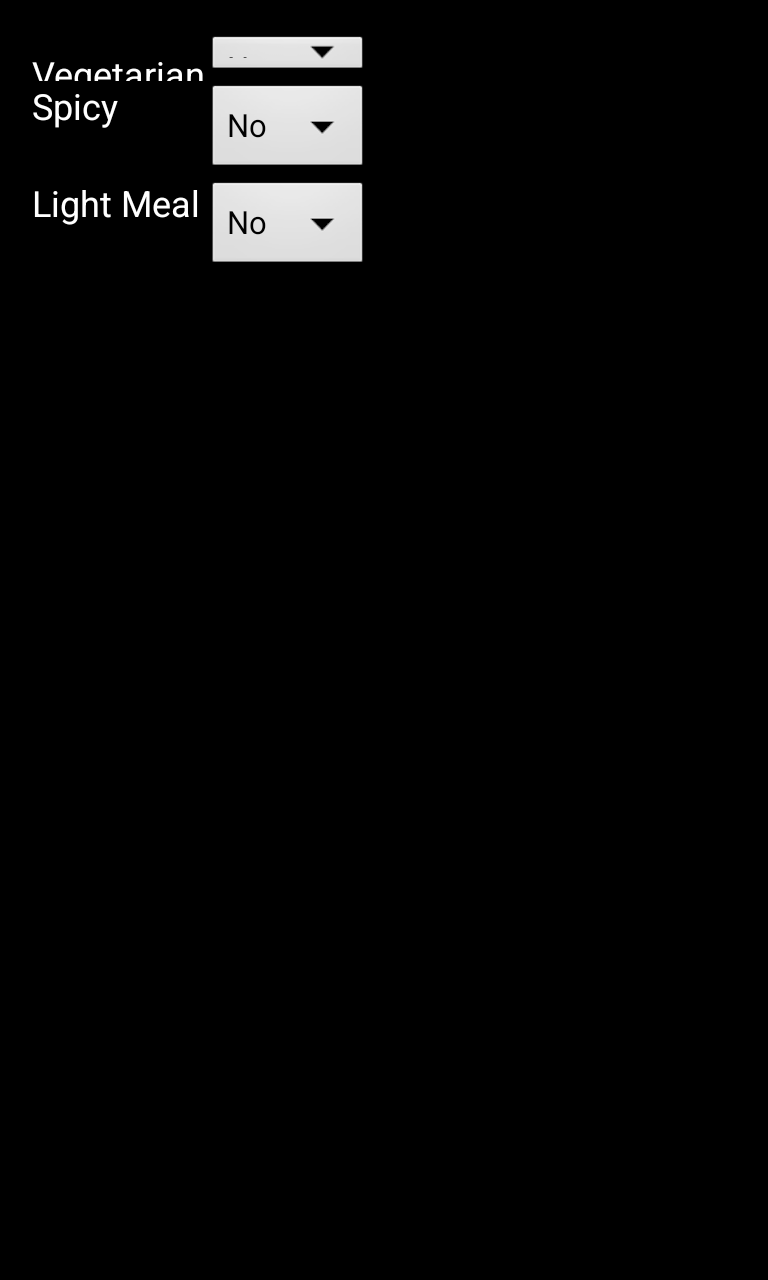
Repository: imhossu/FeedJulia
Layout: FeedJulia/res/layout/activity_survey.xml
The author's editor kept a copy of each file at every save. The layout is drawn from the files as they stood at one save, then again after the next save.
It is drawn on a 768 x 1280 px phone screen (xhdpi) without system bars, with theme android:Theme.NoTitleBar; the app's code is not run.

Above is the layout before, as saved 2014-01-26 02:18:56.

After the next save:
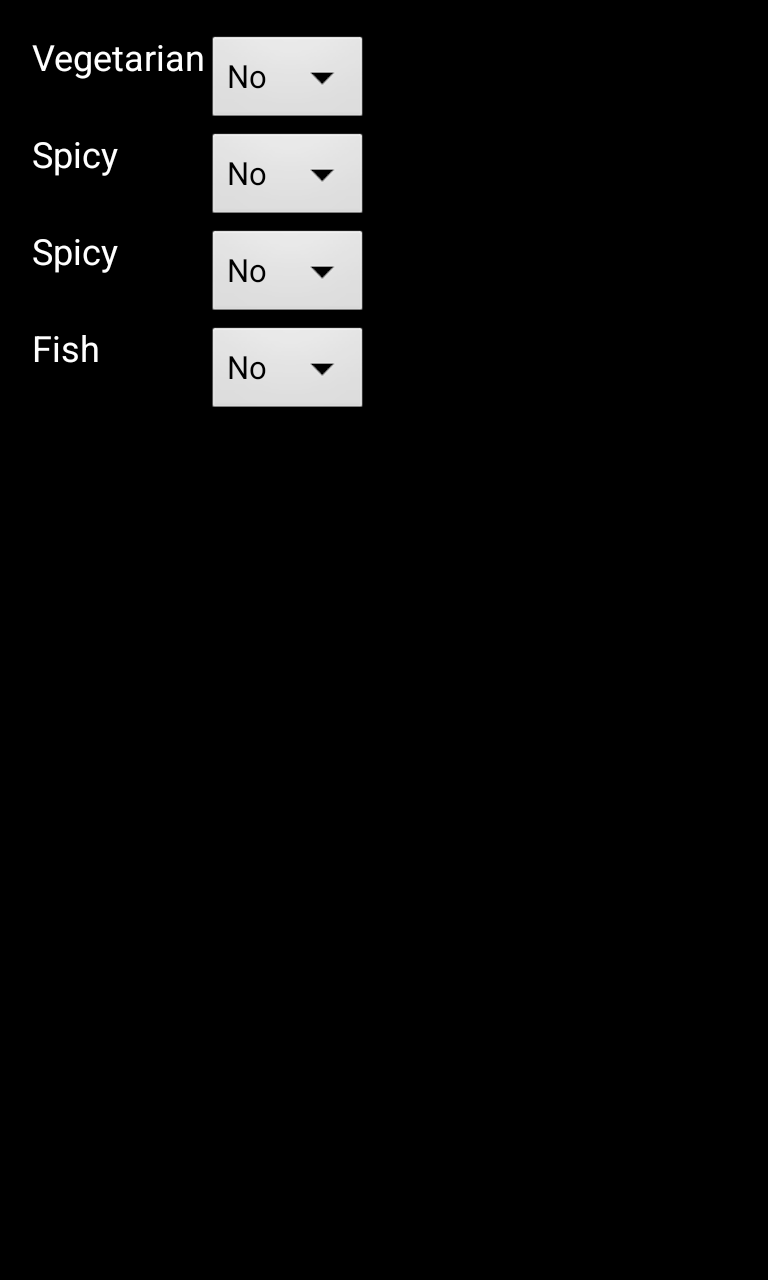
Saved 11 min 11 s later.
--- a/FeedJulia/res/layout/activity_survey.xml
+++ b/FeedJulia/res/layout/activity_survey.xml
@@ -17,74 +17,84 @@
         android:layout_row="0" >
 
         <TableRow
-            android:id="@+id/tableRow1"
+            android:id="@+id/tableVeg"
             android:layout_width="wrap_content"
-            android:layout_height="wrap_content" >
-        </TableRow>
-
-        <TableRow
-            android:id="@+id/tableRow2"
-            android:layout_width="wrap_content"
-            android:layout_height="wrap_content" >
+            android:layout_height="fill_parent" >
 
             <TextView
-                android:id="@+id/TextView01"
+                android:id="@+id/textVeg"
                 android:layout_width="wrap_content"
-                android:layout_height="wrap_content"
+                android:layout_height="fill_parent"
                 android:text="Vegetarian"
                 android:textAppearance="?android:attr/textAppearanceMedium" />
 
             <Spinner
-                android:id="@+id/Spinner01"
+                android:id="@+id/vegChoices"
                 android:layout_width="match_parent"
-                android:layout_height="fill_parent"
+                android:layout_height="match_parent"
                 android:entries="@array/options" />
         </TableRow>
 
-        <TableRow
-            android:id="@+id/tableRow3"
+
+       <TableRow
+            android:id="@+id/tableSpicy"
             android:layout_width="wrap_content"
             android:layout_height="fill_parent" >
 
             <TextView
-                android:id="@+id/TextView02"
+                android:id="@+id/TextSpicy"
                 android:layout_width="wrap_content"
                 android:layout_height="fill_parent"
                 android:text="Spicy"
                 android:textAppearance="?android:attr/textAppearanceMedium" />
 
             <Spinner
-                android:id="@+id/Spinner02"
+                android:id="@+id/SpicyChoices"
                 android:layout_width="match_parent"
                 android:layout_height="match_parent"
                 android:entries="@array/options" />
         </TableRow>
 
+
         <TableRow
-            android:id="@+id/tableRow4"
+            android:id="@+id/tableLight"
             android:layout_width="wrap_content"
-            android:layout_height="wrap_content" >
-            <TextView android:id="@+id/TextView03" android:layout_width="wrap_content" android:layout_height="match_parent" android:text="Light Meal" android:textAppearance="?android:attr/textAppearanceMedium"/>
+            android:layout_height="fill_parent" >
+
+            <TextView
+                android:id="@+id/TextLight"
+                android:layout_width="wrap_content"
+                android:layout_height="fill_parent"
+                android:text="Spicy"
+                android:textAppearance="?android:attr/textAppearanceMedium" />
 
             <Spinner
-                android:id="@+id/Spinner03"
+                android:id="@+id/LightChoices"
                 android:layout_width="match_parent"
                 android:layout_height="match_parent"
                 android:entries="@array/options" />
-
         </TableRow>
 
-        <TableRow
-            android:id="@+id/tableRow5"
+          <TableRow
+            android:id="@+id/tableFish"
             android:layout_width="wrap_content"
-            android:layout_height="wrap_content" >
+            android:layout_height="fill_parent" >
+
+            <TextView
+                android:id="@+id/TextFish"
+                android:layout_width="wrap_content"
+                android:layout_height="fill_parent"
+                android:text="Fish"
+                android:textAppearance="?android:attr/textAppearanceMedium" />
+
+            <Spinner
+                android:id="@+id/FishChoices"
+                android:layout_width="match_parent"
+                android:layout_height="match_parent"
+                android:entries="@array/options" />
         </TableRow>
 
-        <TableRow
-            android:id="@+id/tableRow6"
-            android:layout_width="wrap_content"
-            android:layout_height="wrap_content" >
-        </TableRow>
+
 
     </TableLayout>
 
